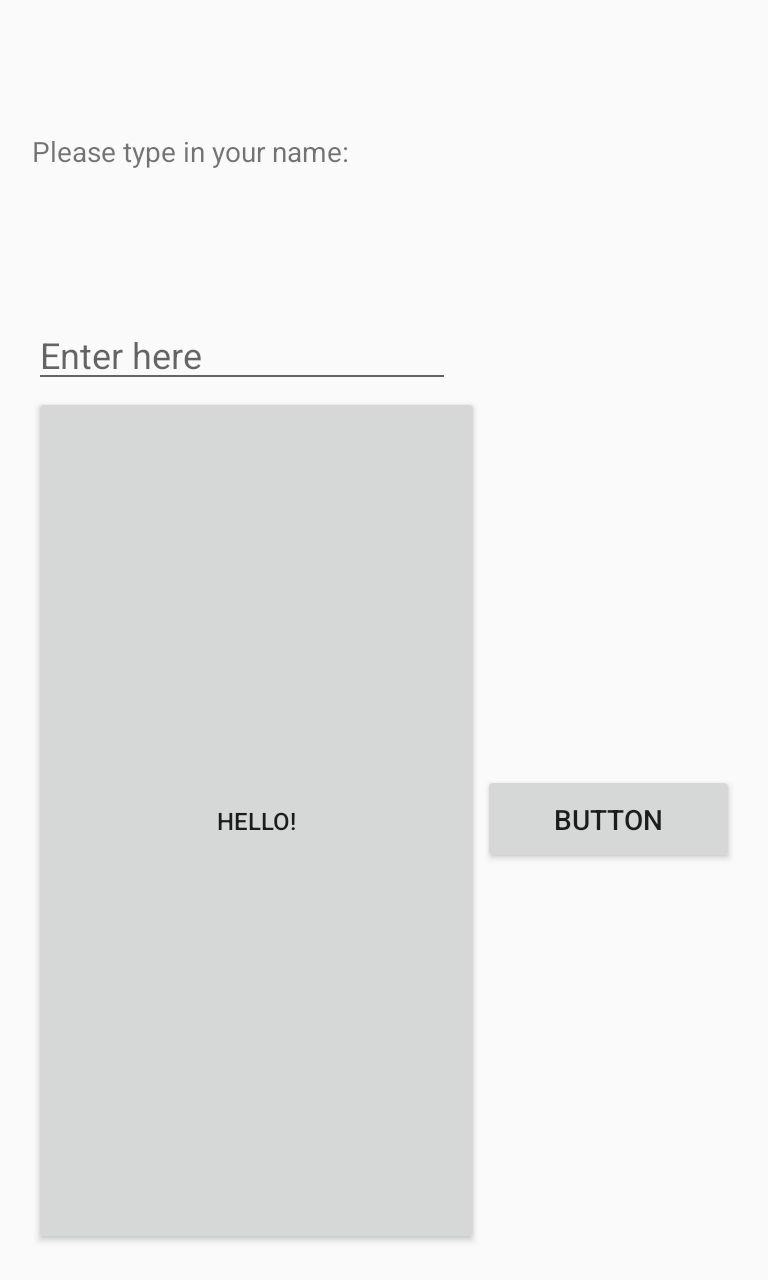
Repository: echolomaniac/HelloWorld
Layout: HelloWorld/res/layout/fragment_main.xml
An editor plug-in stored every save of this project. The layout is shown before and after the next save, followed by the edit.
It is drawn on a 768 x 1280 px phone screen (xhdpi) without system bars, with theme AppBaseTheme; the app's code is not run.

Above is the layout before, as saved 2014-05-06 05:52:10.

After the next save:
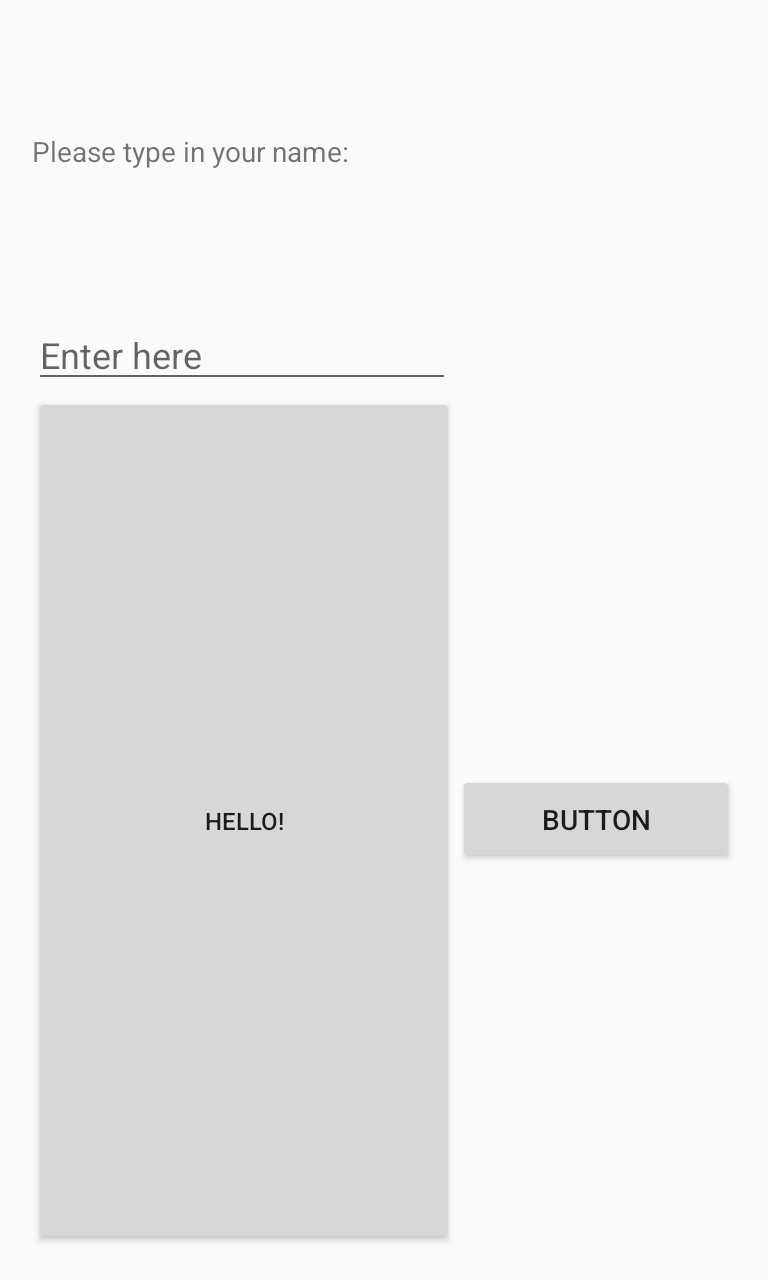
Saved 6 s later.
--- a/HelloWorld/res/layout/fragment_main.xml
+++ b/HelloWorld/res/layout/fragment_main.xml
@@ -37,7 +37,7 @@
 
             <Button
                 android:id="@+id/button1"
-                android:layout_width="185dp"
+                android:layout_width="160dp"
                 android:layout_height="match_parent"
                 android:layout_weight="0.46"
                 android:text="@string/hello_button"
